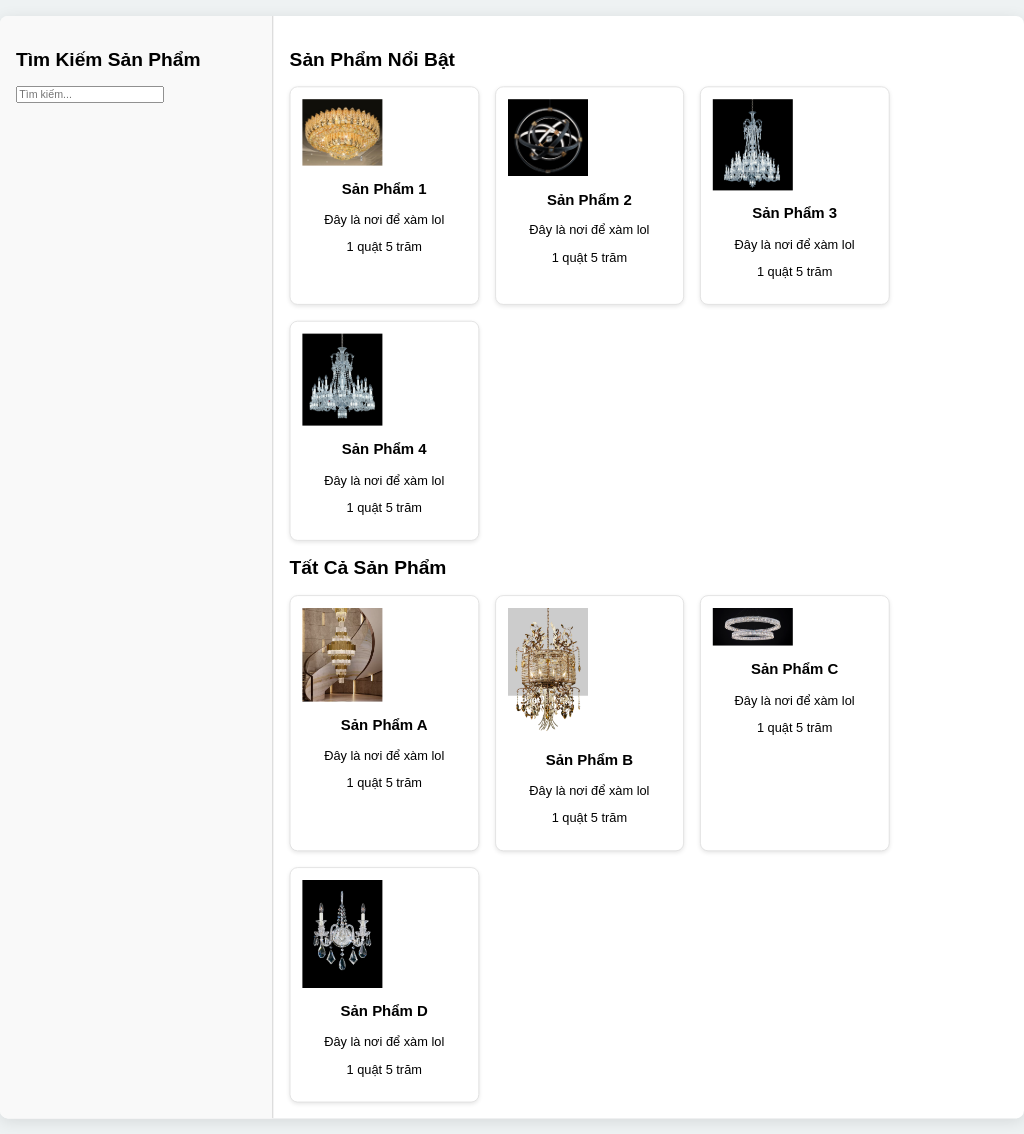
Repository: Nghia251506/eproject
Page: http://localhost/eproject/app/views/product.php
An editor plug-in stored every save of this project. The page is shown before and after a run of saves, followed by the edit.
The browser window is 1280 px wide. The pictures show the whole page, at 80% of full size.
The page is run by PHP 8.4 with error messages shown; the project is at /var/www/html/.

Above is the page before, as saved 2024-10-05 18:45:32.

After the next 3 saves:
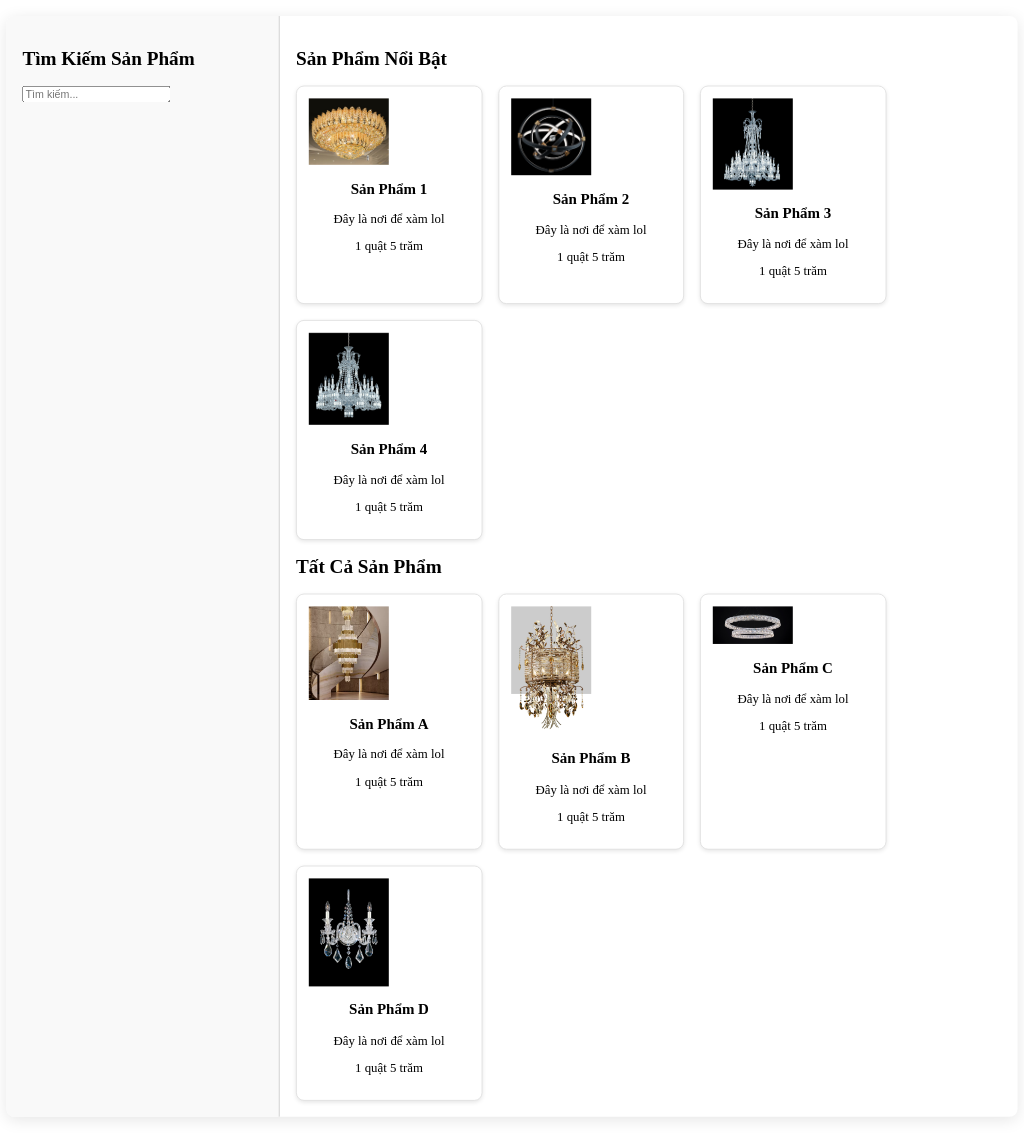
The 3 saves are shown as one change because they came seconds apart.
The last was saved 73 s later.
--- a/app/assets/css/product.css
+++ b/app/assets/css/product.css
@@ -1,11 +1,3 @@
-body {
-    font-family: 'Arial', sans-serif;
-    margin: 0;
-    padding: 0;
-    background-color: #eef2f3;
-}
-
-
 /* Container sản phẩm           */
 /* ============================= */
 .container-product {
